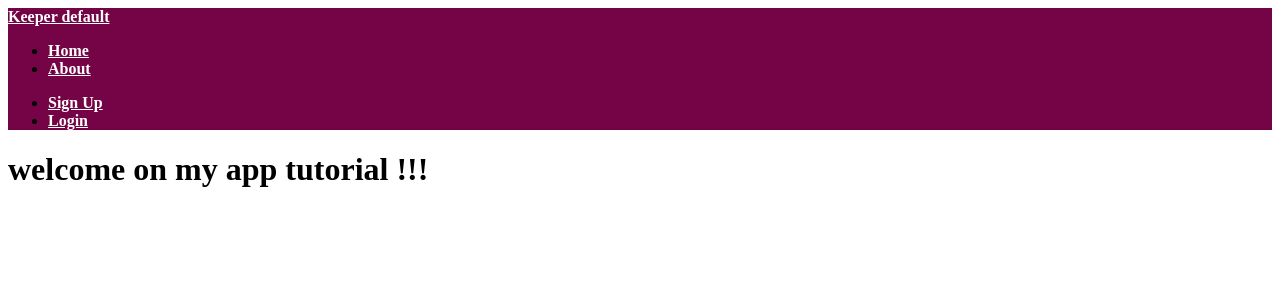
Repository: 3bdulrahman/contact-keeper
Page: / (app in client/)
The author's editor kept a copy of each file at every save. The page is drawn from the files as they stood at one save, then again after the next save.
The browser window is 1280 px wide. The pictures show the whole page.
The project was rebuilt for these pictures with package versions that can differ from the ones it lists, and the page was loaded fresh each time.

Above is the page before, as saved 2020-03-29 21:21:48.

### client/src/App.js
import React from 'react';
import Navbar from './components/layout/Navbar'
import './App.css'
const  App = ()=> {

  return (
    <div className="App">
         <Navbar   />
         <h1>welcome on my app tutorial !!! </h1>
    </div>
  );
}

export default App;

### client/src/components/layout/Navbar.js
import React from 'react'
import PropTypes from 'prop-types'

 const Navbar = ({title}) => {
    return (
        <nav class="navbar navbar-default">
        <div class="container">
          <div class="navbar-header">
            <a class="navbar-brand" href="#">{title}</a>
          </div>
          <ul class="nav navbar-nav">
            <li class="active"><a href="#">Home</a></li>
            <li><a href="#">About</a></li>

          </ul>
          <ul class="nav navbar-nav navbar-right">
      <li><a href="#"><span class="glyphicon glyphicon-user"></span> Sign Up</a></li>
      <li><a href="#"><span class="glyphicon glyphicon-log-in"></span> Login</a></li>
    </ul>
        </div>
      </nav>
    )
}

Navbar.propTypes= {
     title:PropTypes.string.isRequired
}
Navbar.defaultProps = {
     title:'Keeper default '
}

export default Navbar

### client/src/App.css
.navbar-default{
     background-color:rgb(116, 4, 69);
     border:0px;
     border-radius: 0px;
}
.navbar-default .navbar-nav>.active>a, .navbar-default .navbar-nav>.active>a:focus, .navbar-default .navbar-nav>.active>a:hover{
    background-color:rgb(116, 4, 69);
}

.navbar-nav>.active>a{
     color:#fff;
     font-weight: bold;
     background-color:rgb(116, 4, 69);
}

.navbar-default .navbar-nav>li>a{
    color:#fff;
     font-weight: bold;
}

.navbar-default .navbar-brand{
    background-color:rgb(116, 4, 69);;
    color:#fff;
    font-weight: bold;
}

.navbar-default .navbar-nav>.active>a{
    background-color:rgb(116, 4, 69);;
    color:#fff;
    font-weight: bold;
}

Loaded but not shown: client/src/index.js (common file)

After the next save:
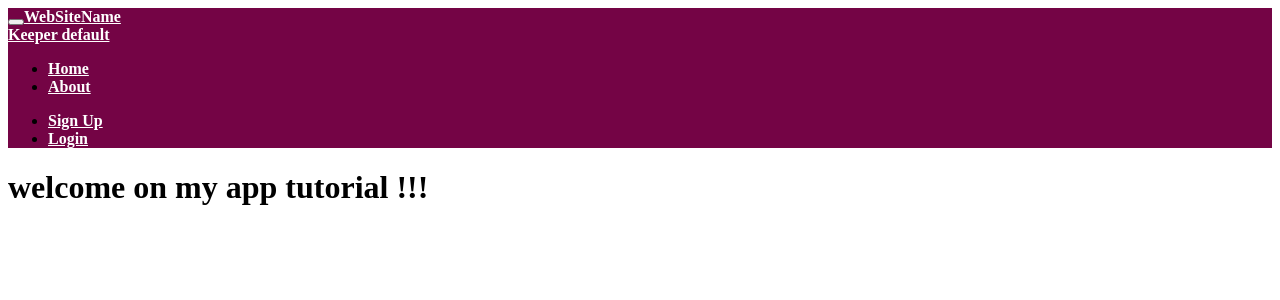
Saved 104 s later.
--- a/client/src/components/layout/Navbar.js
+++ b/client/src/components/layout/Navbar.js
@@ -4,7 +4,15 @@ import PropTypes from 'prop-types'
  const Navbar = ({title}) => {
     return (
         <nav class="navbar navbar-default">
-        <div class="container">
+        <div class="navbar-header">
+      <button type="button" class="navbar-toggle" data-toggle="collapse" data-target="#myNavbar">
+        <span class="icon-bar"></span>
+        <span class="icon-bar"></span>
+        <span class="icon-bar"></span>
+      </button>
+      <a class="navbar-brand" href="#">WebSiteName</a>
+    </div>
+        <div class="container" id="myNavbar">
           <div class="navbar-header">
             <a class="navbar-brand" href="#">{title}</a>
           </div>
